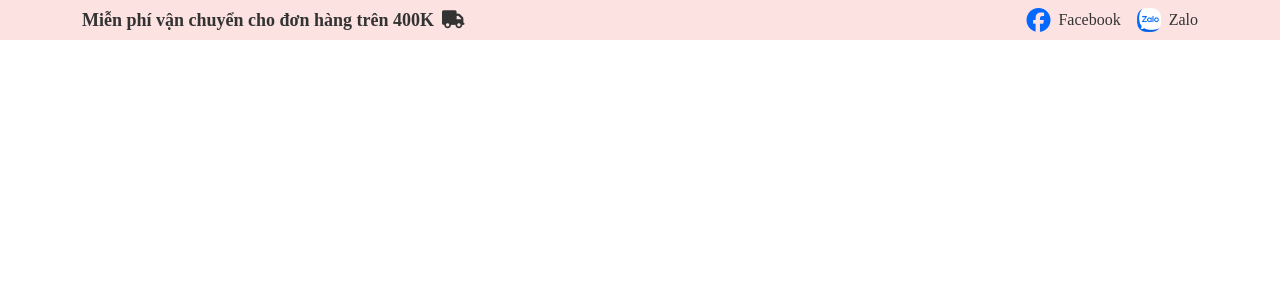
Repository: hoang28092000/kim-store
Page: index.html
An editor plug-in stored every save of this project. The page is shown before and after a run of saves, followed by the edit.
The browser window is 1280 px wide. The pictures show the whole page.
Some web libraries are served in a nearby version.

Above is the page before, as saved 2024-10-31 21:52:48.

### index.html
<!DOCTYPE html>
<html lang="en">
<head>
    <meta charset="UTF-8">
    <meta name="viewport" content="width=device-width, initial-scale=1.0">
    <link href="https://cdn.jsdelivr.net/npm/bootstrap@5.0.2/dist/css/bootstrap.min.css" rel="stylesheet" integrity="sha384-EVSTQN3/azprG1Anm3QDgpJLIm9Nao0Yz1ztcQTwFspd3yD65VohhpuuCOmLASjC" crossorigin="anonymous">
    <link rel="stylesheet" href="https://cdnjs.cloudflare.com/ajax/libs/font-awesome/6.6.0/css/all.min.css" integrity="sha512-Kc323vGBEqzTmouAECnVceyQqyqdsSiqLQISBL29aUW4U/M7pSPA/gEUZQqv1cwx4OnYxTxve5UMg5GT6L4JJg==" crossorigin="anonymous" referrerpolicy="no-referrer" />
    <link rel="stylesheet" href="asset/style.css">
    <title>KIM STORE</title>
</head>
<body>
    <div id="header">
        <div class="top_header ">
                <div class="container d-flex justify-content-between">
                    <div class="r-top_header d-flex align-items-center">
                        <p class="txt_bold mb-0 me-2">Miễn phí vận chuyển cho đơn hàng trên 400K</p>
                    <i class="fa-solid fa-truck icon-truck mb-0"></i>
                    </div>
                    <ul class="icons-header d-flex align-items-center mb-0">
                        <a href="" class="tag-a-top_header">
                            <li class="icon d-flex me-3">
                                <i class="fa-brands fa-facebook icon_fb me-2"></i>
                                <span class="txt-fb">Facebook</span>
                            </li>
                        </a>
                        <a href="" class="tag-a-top_header">
                            <li class="icon d-flex">
                                <img src="asset/image/icon_zalo.webp" alt="this is picture zalo" class="icon_zalo me-2">
                                <span class="txt-zalo">Zalo</span>
                             </li>
                        </a>
                    </ul>
                </div>
        </div>
        <div class="main_header">

        </div>
    </div>


    <div id="navbar">

    </div>


    <div id="main">

    </div>


    <div id="footer">

    </div>






    <script src="https://cdn.jsdelivr.net/npm/bootstrap@5.0.2/dist/js/bootstrap.bundle.min.js" integrity="sha384-MrcW6ZMFYlzcLA8Nl+NtUVF0sA7MsXsP1UyJoMp4YLEuNSfAP+JcXn/tWtIaxVXM" crossorigin="anonymous"></script>
</body>
</html>

### asset/style.css
*{
    margin: 0;
    padding: 0;
    box-sizing: border-box;
    font-family: Montserrat;
    list-style: none;
    text-decoration: none;
}
.txt-16px{
    font-size: 16px;
    color: #333;
}
.txt_bold{
    font-size: 18px;
    color: #333;
    font-weight: 700;
}
#header{

}
#header .top_header{
    height: 40px;
    background-color: #FDE2E2;
}
.top_header .r-top_header{
    height: 40px;
}
.top_header .icon-truck{
    font-size: 18px;
    color: #333;
}
.top_header .tag-a-top_header{
    text-decoration: none;
}
.top_header .icon_fb{
    font-size: 24px;
    color: #0468ff;
}
.top_header .icon_zalo{
    width: 24px;
    height: 24px;
}
.top_header .txt-fb ,.txt-zalo{
    font-size: 16px;
    color: #333;
}
.top_header .txt-fb .top_header .txt-zalo :hover{
    opacity: 0.7;
    color: #fff;
}

After the next 3 saves:
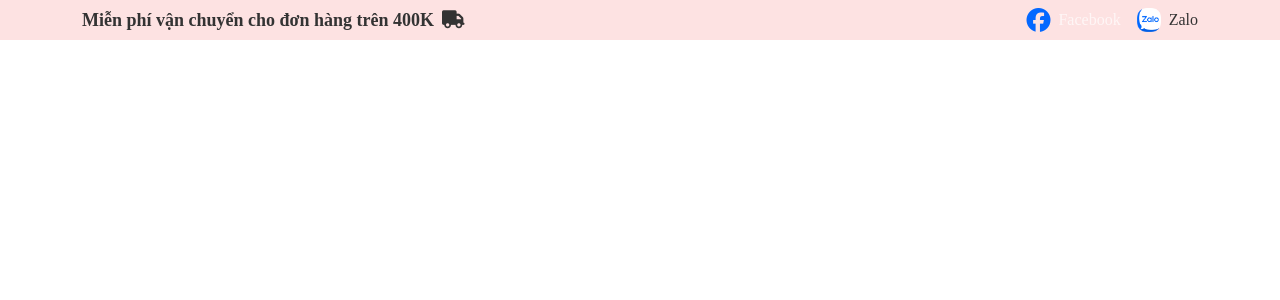
The 3 saves are shown as one change because they came seconds apart.
The last was saved 11 s later.
--- a/asset/style.css
+++ b/asset/style.css
@@ -44,7 +44,10 @@
     font-size: 16px;
     color: #333;
 }
-.top_header .txt-fb .top_header .txt-zalo :hover{
+.top_header .txt-fb {
     opacity: 0.7;
     color: #fff;
 }
+.top_header .txt-zalo :hover{
+
+}
